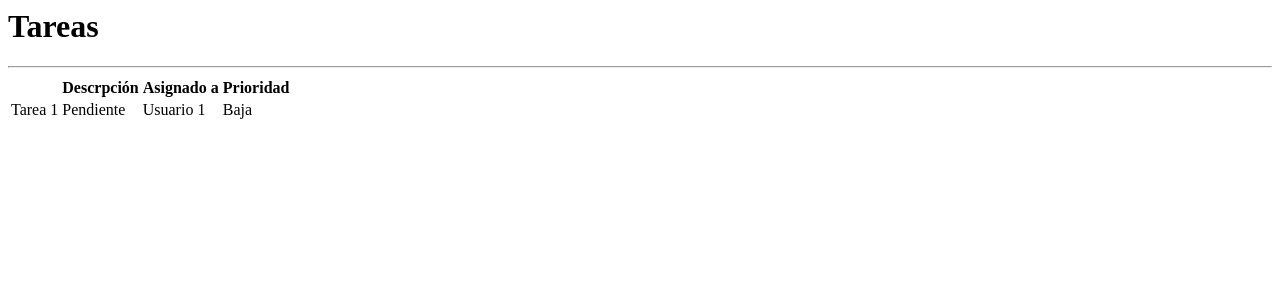
Repository: jhonatan810/waAdministradirdeTareas
Page: AdministradordeTareas/WebContent/paginas/tareas.html
These files come from the project's save history. The page is drawn as it stood at one moment and after the next save; the edit follows.
The browser window is 1280 px wide. The pictures show the whole page.

Above is the page before, as saved 2016-10-28 22:16:12.

### AdministradordeTareas/WebContent/paginas/tareas.html
<h1>Tareas</h1>

<hr>

<div class="table-responsive">
	<table class="table table-hover">
		<thead>
			<th></th>
			<th>
				Descrpci&oacute;n
			</th>
			<th>
				Asignado a
			</th>
			<th class="text-right">
				Prioridad
			</th>
		</thead>
		<tbody>
			<tr>
			<td>Tarea 1</td>
			<td>Pendiente</td>
			<td>Usuario 1</td>
			<td>Baja</td>
			<td></td>

			</tr>
		</tbody>
	</table>
</div>

After the next save:
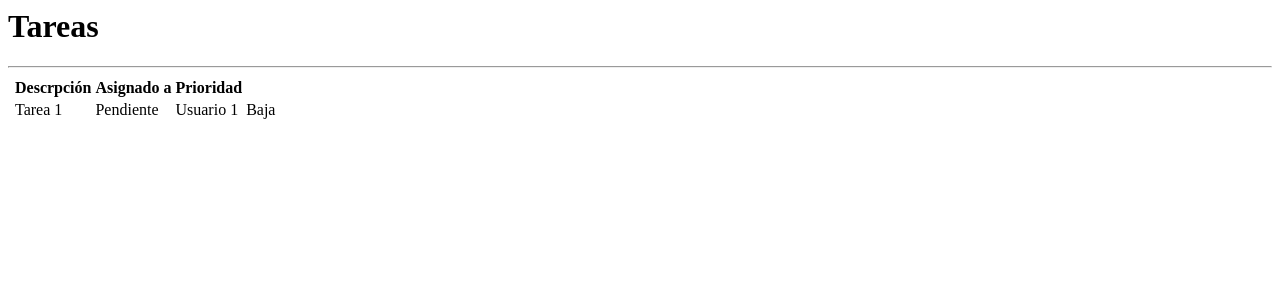
Saved 3 min 6 s later.
--- a/AdministradordeTareas/WebContent/paginas/tareas.html
+++ b/AdministradordeTareas/WebContent/paginas/tareas.html
@@ -18,12 +18,12 @@
 		</thead>
 		<tbody>
 			<tr>
-			<td>Tarea 1</td>
-			<td>Pendiente</td>
-			<td>Usuario 1</td>
-			<td>Baja</td>
-			<td></td>
-
+				<td href="#" class="btn btn-default"></td>
+				<td>Tarea 1</td>
+				<td>Pendiente</td>
+				<td>Usuario 1</td>
+				<td>Baja</td>
+				<td></td>
 			</tr>
 		</tbody>
 	</table>
